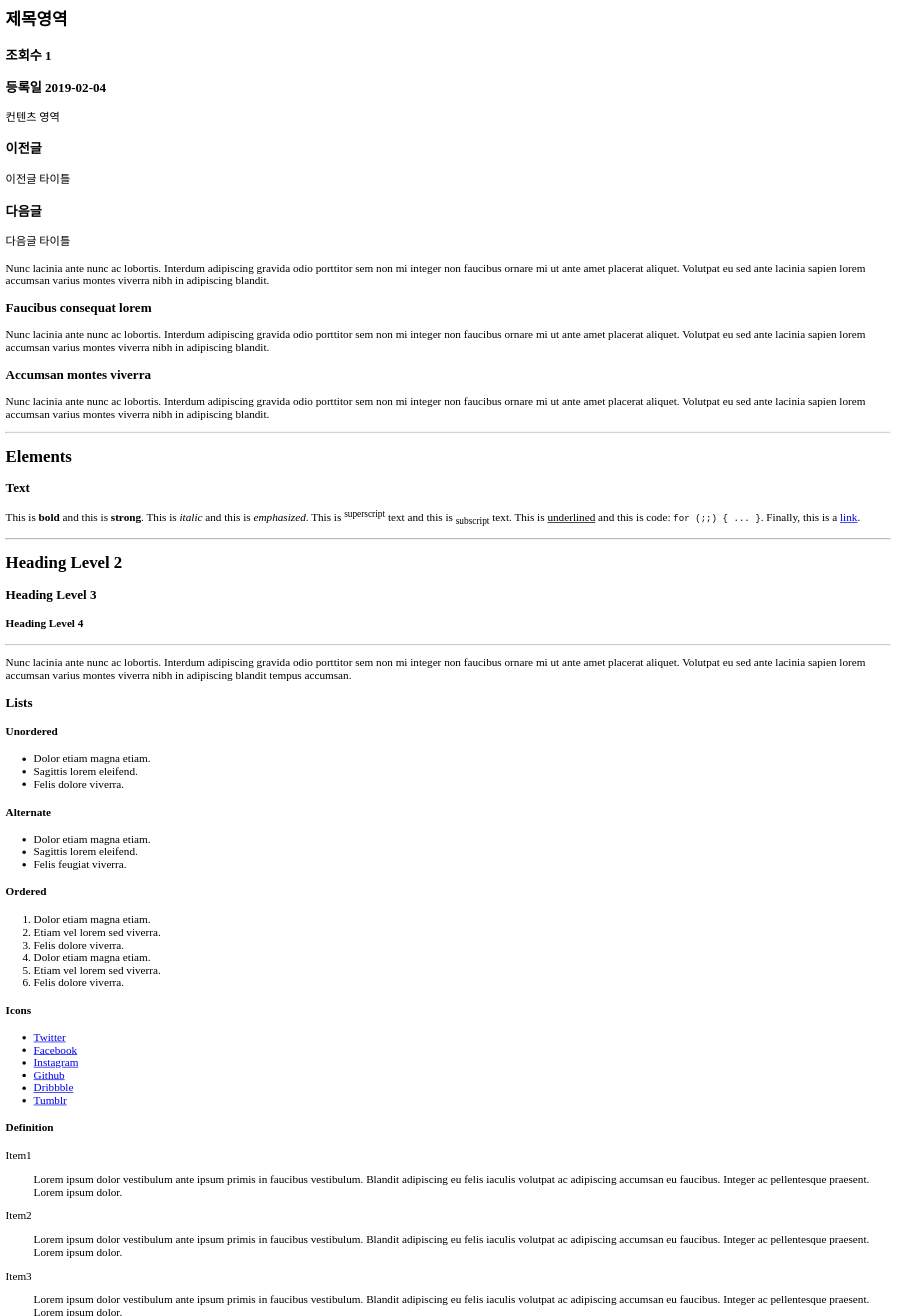
Repository: noCountJun/blog
Page: http://localhost/blogProject2/WEB-INF/views/board/boardDetail.jsp
The author's editor kept a copy of each file at every save. The page is drawn from the files as they stood at one save, then again after the next save.
The browser window is 1280 px wide. The page is 1288 px wide, so the pictures cover 1288 px, including what lies to the right of the window. The pictures show the part of the page from y = 0 to 1880 px (the page is 7678 px tall before and 7324 px after), at 70% of full size.
The page is served by Tomcat 9. Nobody is signed in. The template is opened directly, without the code that normally fills it, so the values that code supplies are empty.

Above is the page before, as saved 2019-08-23 07:54:25.

After the next save:
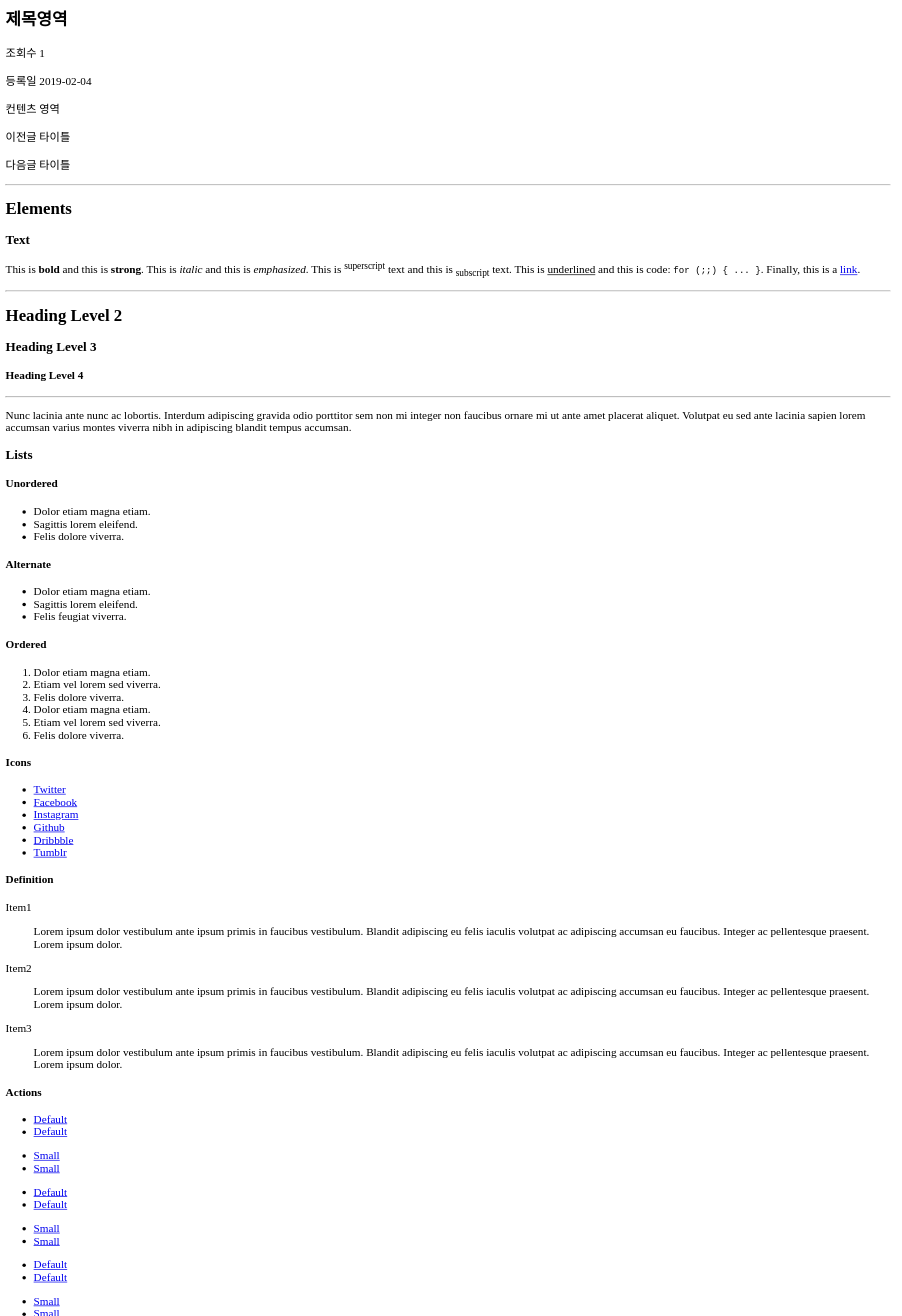
Saved 50 s later.
--- a/blogProject2/src/main/webapp/WEB-INF/views/board/boardDetail.jsp
+++ b/blogProject2/src/main/webapp/WEB-INF/views/board/boardDetail.jsp
@@ -9,10 +9,10 @@
 		<h2 id="content">제목영역</h2>
 		<div class="row">
 			<div class="col-6 col-12-small">
-				<h3>조회수  1</h3>
+				<p>조회수  1</p>
 			</div>
 			<div class="col-6 col-12-small">
-				<h3>등록일 2019-02-04</h3>
+				<p>등록일 2019-02-04</p>
 			</div>
 		</div>
 
@@ -24,25 +24,10 @@
 
 		<div class="row">
 			<div class="col-6 col-12-small">
-				<h3>이전글</h3>
 				<p>이전글 타이틀</p>
 			</div>
 			<div class="col-6 col-12-small">
-				<h3>다음글</h3>
 				<p>다음글 타이틀</p>
-			</div>
-			<!-- Break -->
-			<div class="col-4 col-12-medium">
-				<h3></h3>
-				<p>Nunc lacinia ante nunc ac lobortis. Interdum adipiscing gravida odio porttitor sem non mi integer non faucibus ornare mi ut ante amet placerat aliquet. Volutpat eu sed ante lacinia sapien lorem accumsan varius montes viverra nibh in adipiscing blandit.</p>
-			</div>
-			<div class="col-4 col-12-medium">
-				<h3>Faucibus consequat lorem</h3>
-				<p>Nunc lacinia ante nunc ac lobortis. Interdum adipiscing gravida odio porttitor sem non mi integer non faucibus ornare mi ut ante amet placerat aliquet. Volutpat eu sed ante lacinia sapien lorem accumsan varius montes viverra nibh in adipiscing blandit.</p>
-			</div>
-			<div class="col-4 col-12-medium">
-				<h3>Accumsan montes viverra</h3>
-				<p>Nunc lacinia ante nunc ac lobortis. Interdum adipiscing gravida odio porttitor sem non mi integer non faucibus ornare mi ut ante amet placerat aliquet. Volutpat eu sed ante lacinia sapien lorem accumsan varius montes viverra nibh in adipiscing blandit.</p>
 			</div>
 		</div>
 
